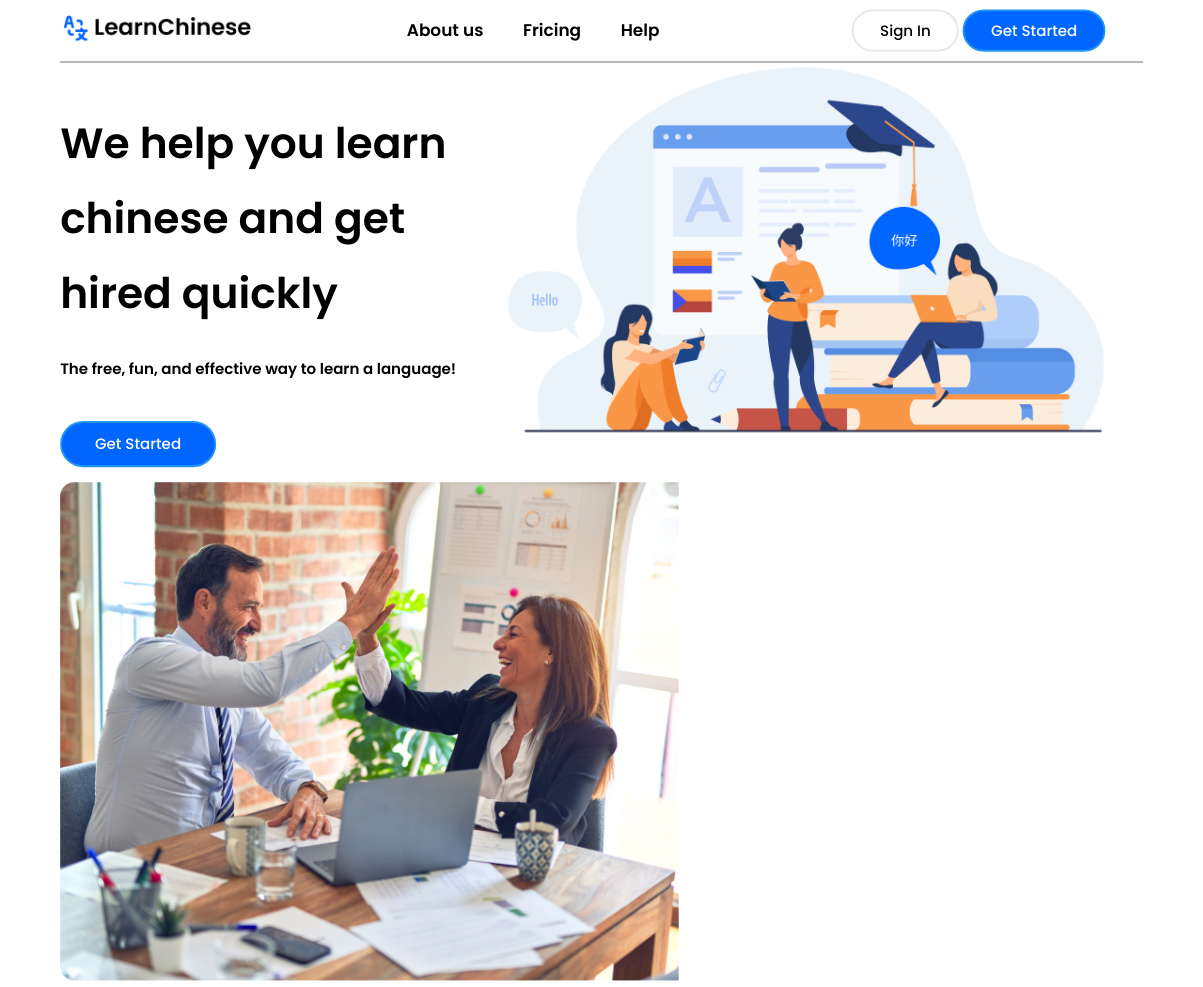
Repository: BinhIT/ChineseLearn
Page: index.html
These files come from the project's save history. The page is drawn as it stood at one moment and after the next save; the edit follows.
The browser window is 1280 px wide. The pictures show the whole page, at 94% of full size.

Above is the page before, as saved 2023-03-01 15:56:48.

After the next save:
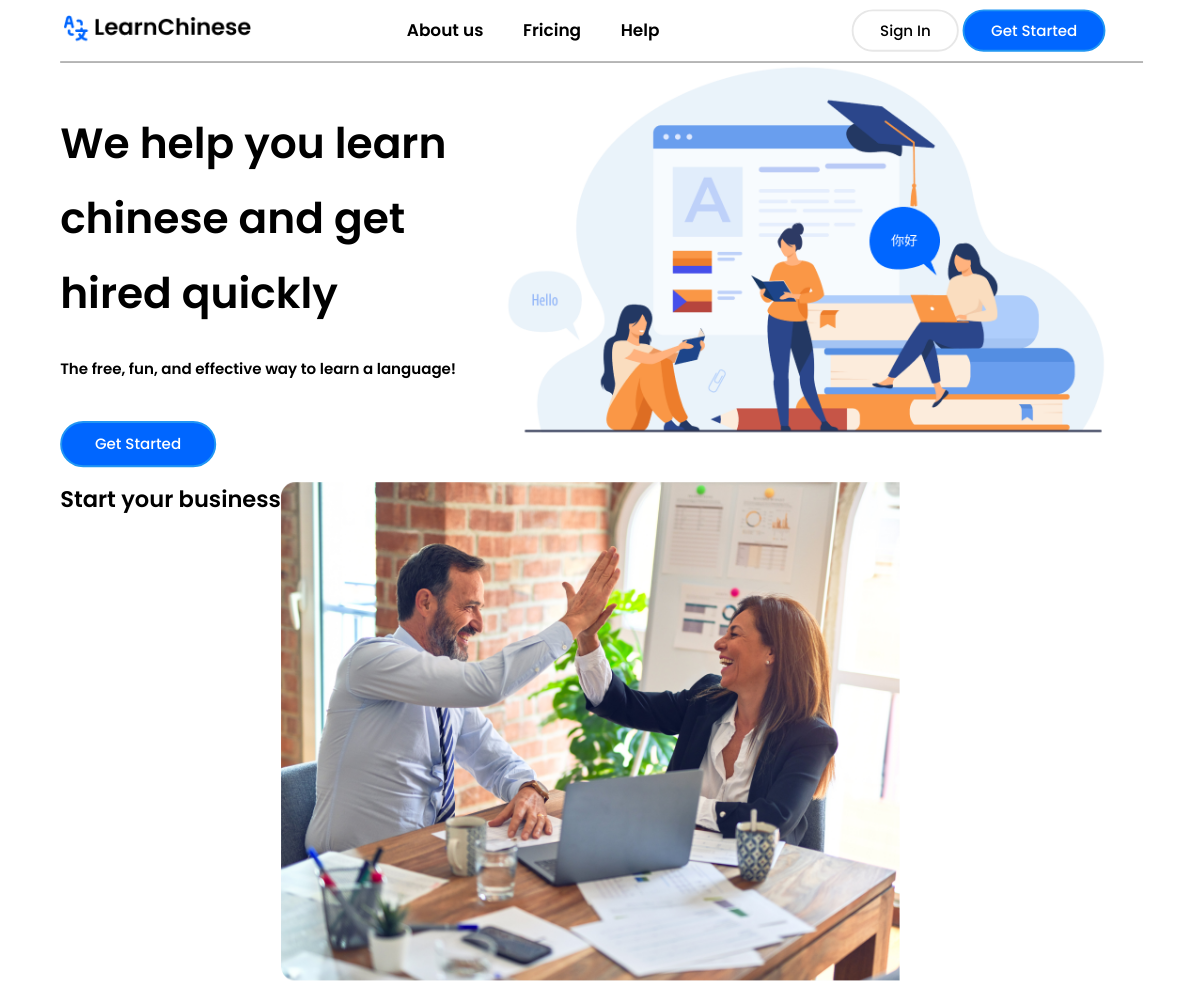
Saved 14 s later.
--- a/index.html
+++ b/index.html
@@ -49,7 +49,7 @@
     <section class="">
         <div class="row flex-container ">
             <div class="">
-
+                <h1>Start your business</h1>
             </div>
             <div class="column hero-col2">
                 <img src="./image/start.png" alt="">
